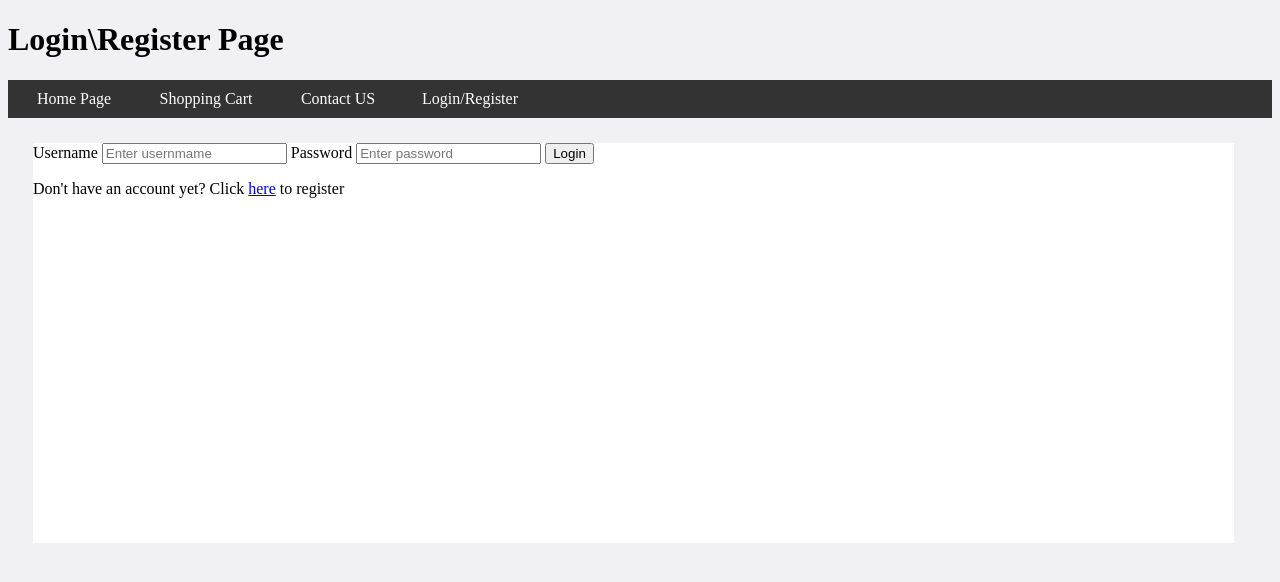
Repository: IosifDobos/Beatrice-Boutique
Page: BeatriceBoutique/Java/WorkSpace/BeatriceBoutique/WebContent/login.html
These files come from the project's save history. The page is drawn as it stood at one moment and after the next save; the edit follows.
The browser window is 1280 px wide. The pictures show the whole page.

Above is the page before, as saved 2018-12-04 22:36:07.

### BeatriceBoutique/Java/WorkSpace/BeatriceBoutique/WebContent/login.html
<!DOCTYPE html PUBLIC "-//W3C//DTD HTML 4.01 Transitional//EN" "http://www.w3.org/TR/html4/loose.dtd">

<html>

<head>
<meta http-equiv="Content-Type" content="text/html; charset=ISO-8859-1">
<link rel="stylesheet" type="text/css" href="styleSheet.css">
<title>Login Page</title>
</head>

<body>

	<h1>Login\Register Page</h1>

	<ul>
		<li><a href="homePage.html">Home Page</a></li>
		<li><a href="shoppingCart.html">Shopping Cart</a></li>
		<li><a href="contact.html">Contact US</a></li>
		<li><a href="login.html">Login/Register</a></li>
	</ul>

	<div class = "container">

            <form action="FrontController" method="post">
                <label for="username">Username</label>
                	<input type="text" id="username" name="usernane" placeholder="Enter usernmame" required="required">
                <label for="password">Password</label>
                	<input type="password" id="password" name="password" placeholder="Enter password" required="required">

                <input type="hidden" name="action" value="LoginUser" />
                <input type="submit" value="Login" />
            </form>

            <p>Don't have an account yet? Click <a href="register.html">here</a> to register</p>

     </div>

</body>
</html>

### BeatriceBoutique/Java/WorkSpace/BeatriceBoutique/WebContent/styleSheet.css
@charset "UTF-8";

body{
	background-color: #f0f0f5;
}

ul {
	position: -webkit-sticky;
	position: sticky;
    list-style-type: none;
    top: 0;
    margin: 0;
    padding: 0;
    overflow: hidden;
    background-color: #333;
}

li{
	float: left;
}

li a{
	display: block;
	color: white;
	text-align: center;
	padding: 10px 16px;
	text-decoration: none;
	width: 100px;

}

li a:hover {
    background-color: #555;
    color: white;
}

.active {
    background-color: #4CAF50;
    color: white;
}

.container{
	margin-top: 25px;
	margin-left: 25px;
	margin-right: 25px;
	background-color:  white;
	min-height: 400px;
	width: 95%;
}

/*#container:after{
	content: "";
	display: table;
	clear: both;
} */



#sidemenu {
    min-height: 100px;; /* Full-height: remove this if you want "auto" height */
    width: 150px;; /* Set the width of the sidebar */
    position: fixed; /* Fixed Sidebar (stay in place on scroll) */
    z-index: 1; /* Stay on top */
    top: 150px; /* Stay at the top */
    left: 50px;
    background-color: ; /* Black */
    overflow-x: hidden; /* Disable horizontal scroll */
    padding: 8px 0;
}

#sidemenu a {
    padding: 6px 8px 6px 16px;
    text-decoration: none;
    font-size: 16px;
    color: #818181;
    display: block;
}

/* When you mouse over the navigation links, change their color */
#sidemenu a:hover {
    color: #679898;
}

/* Style page content */
#right-side {
    margin-left: 170px; /* Same as the width of the sidebar */
    padding: 3px 5px 20px 20px;
    background-color: #f0f5f5;
    min-height: 400px;
}


/* #right-side{
	float: right;
	margin-right: 20px;
	width: 60%;
} */


#product-1{
	position: absolute;
	margin-left: 15px;
}

#product-2{
	position: absolute;
	margin-left: 345px;
}

#product-3{
	position: absolute;
	margin-left: 665px;
}

#button-url{
	position: absolute;
	margin-top: 35px;
	margin-left: 115px;
	width: 100px;
	height: 100px;
}

#button-url1{
	position: absolute;
	margin-top: 35px;
	margin-left: 435px;
	width: 100px;
	height: 100px;
}

#button-url2{
	position: absolute;
	margin-top: 35px;
	margin-left: 750px;
	width: 100px;
	height: 100px;
}


/* Responsive layout - when the screen is less than 600px wide, make the two columns stack on top of each other instead of next to each other */
@media screen and (max-width: 600px) {
    .col-25, .col-75, input[type=submit] {
        width: 100%;
        margin-top: 0;
    }
}

@media screen and (max-height: 450px) {
    #sidemenu {padding-top: 15px;}
    #sidemenu a {font-size: 18px;}
}

After the next save:
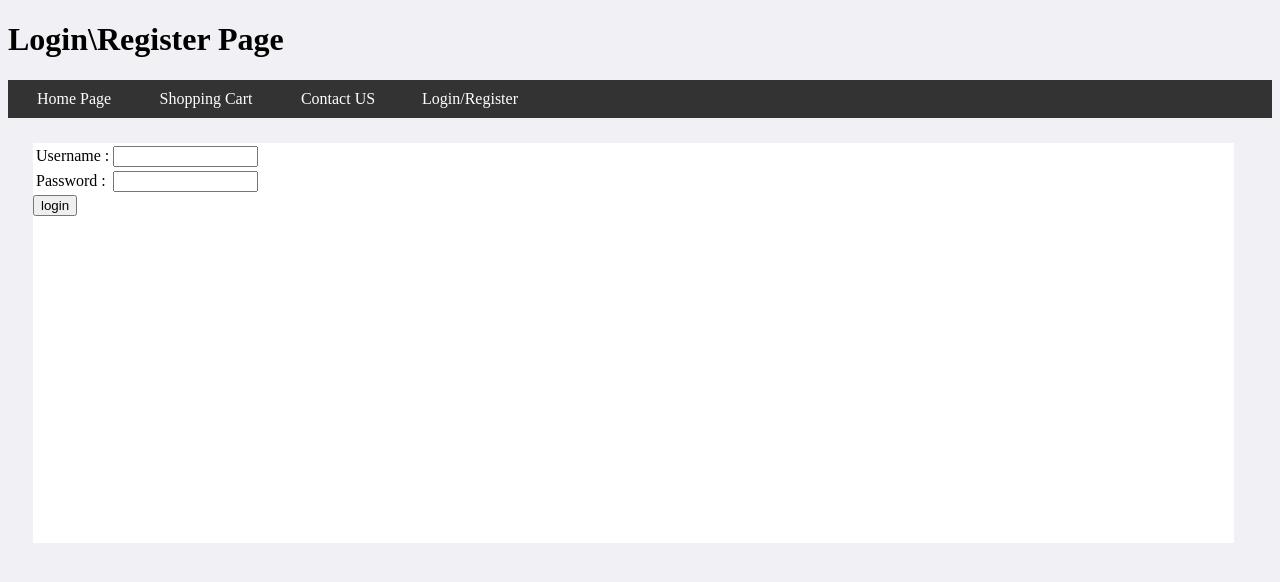
Saved 2 min 10 s later.
--- a/BeatriceBoutique/Java/WorkSpace/BeatriceBoutique/WebContent/login.html
+++ b/BeatriceBoutique/Java/WorkSpace/BeatriceBoutique/WebContent/login.html
@@ -21,7 +21,7 @@
 
 	<div class = "container">
 
-            <form action="FrontController" method="post">
+            <!-- <form action="FrontController" method="post">
                 <label for="username">Username</label>
                 	<input type="text" id="username" name="usernane" placeholder="Enter usernmame" required="required">
                 <label for="password">Password</label>
@@ -31,7 +31,21 @@
                 <input type="submit" value="Login" />
             </form>
 
-            <p>Don't have an account yet? Click <a href="register.html">here</a> to register</p>
+            <p>Don't have an account yet? Click <a href="register.html">here</a> to register</p> -->
+
+            <form action="FrontController" method="post">
+                <table>
+                    <tr>
+                        <td> Username  : </td><td> <input name="username" size=15 type="text" /> </td>
+                    </tr>
+                    <tr>
+                        <td> Password  : </td><td> <input name="password" size=15 type="password" /> </td>
+                    </tr>
+                </table>
+
+                <input type="hidden" name="action" value="LoginUser" />
+                <input type="submit" value="login" />
+            </form>
 
      </div>
 

After the save that followed:
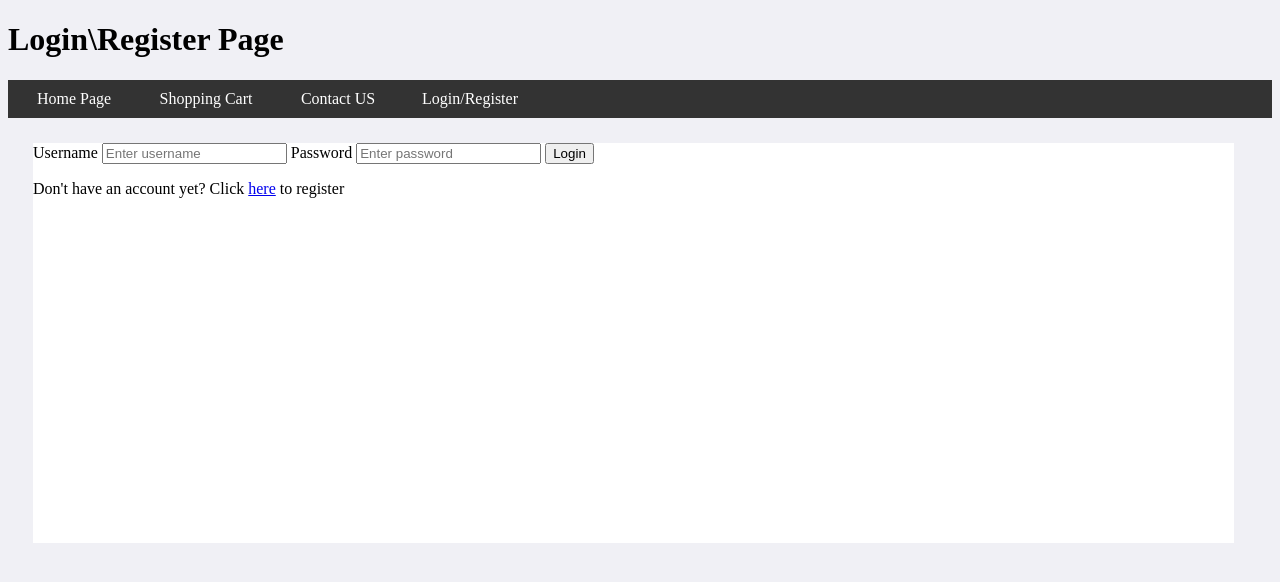
Saved 2 min 34 s later.
--- a/BeatriceBoutique/Java/WorkSpace/BeatriceBoutique/WebContent/login.html
+++ b/BeatriceBoutique/Java/WorkSpace/BeatriceBoutique/WebContent/login.html
@@ -21,9 +21,9 @@
 
 	<div class = "container">
 
-            <!-- <form action="FrontController" method="post">
+            <form action="FrontController" method="post">
                 <label for="username">Username</label>
-                	<input type="text" id="username" name="usernane" placeholder="Enter usernmame" required="required">
+                	<input type="text" id="username" name="username" placeholder="Enter username" required="required">
                 <label for="password">Password</label>
                 	<input type="password" id="password" name="password" placeholder="Enter password" required="required">
 
@@ -31,9 +31,9 @@
                 <input type="submit" value="Login" />
             </form>
 
-            <p>Don't have an account yet? Click <a href="register.html">here</a> to register</p> -->
+            <p>Don't have an account yet? Click <a href="register.html">here</a> to register</p>
 
-            <form action="FrontController" method="post">
+          <!--   <form action="FrontController" method="post">
                 <table>
                     <tr>
                         <td> Username  : </td><td> <input name="username" size=15 type="text" /> </td>
@@ -45,7 +45,7 @@
 
                 <input type="hidden" name="action" value="LoginUser" />
                 <input type="submit" value="login" />
-            </form>
+            </form> -->
 
      </div>
 
